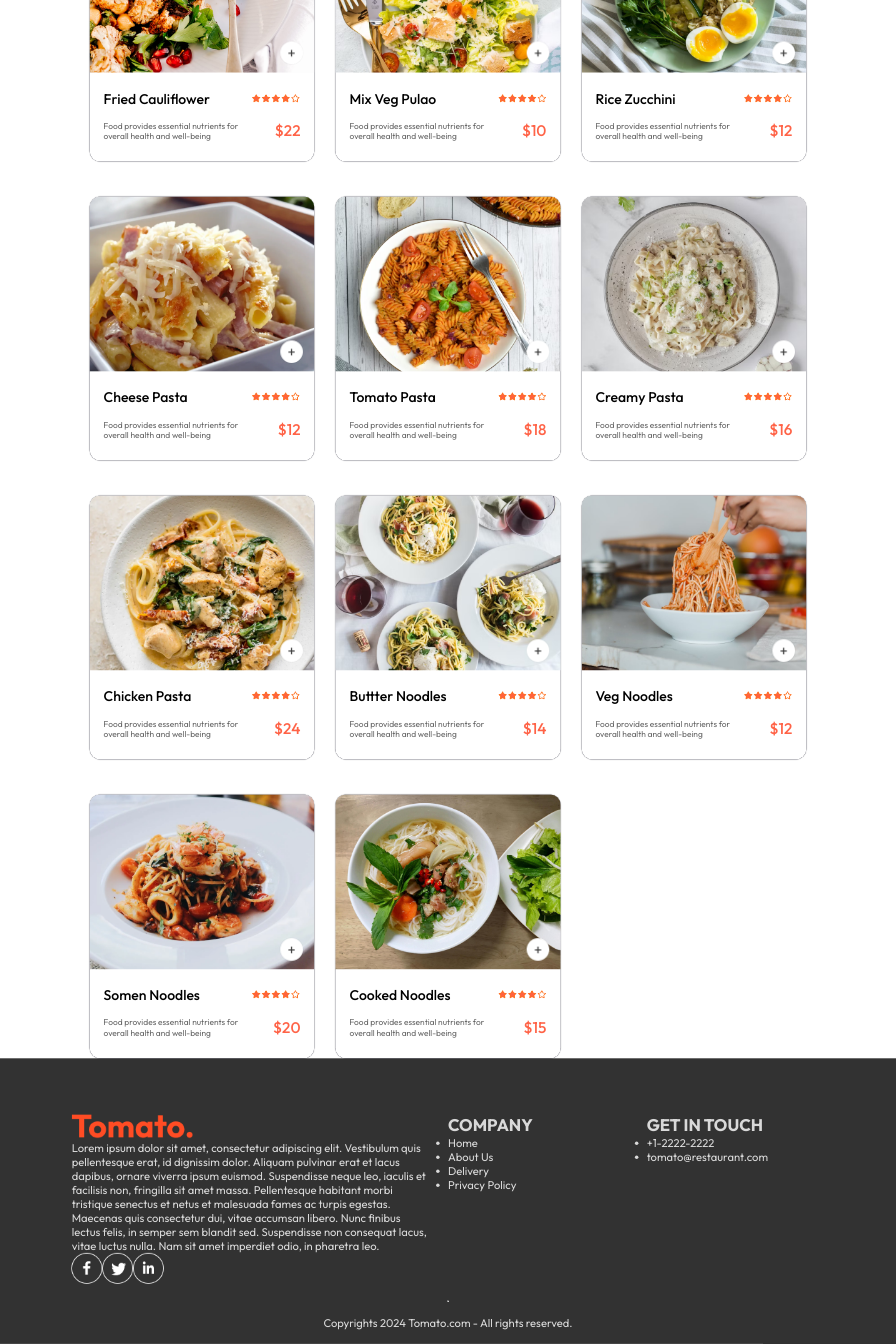
Repository: guilhermecardoso93/tomato-front-end
Page: /
The author's editor kept a copy of each file at every save. The page is drawn from the files as they stood at one save, then again after the next save.
The browser window is 1280 px wide. The pictures show the part of the page from y = 4127 to 6047 px (the page is 6047 px tall before and 5967 px after), at 70% of full size.
The project was rebuilt for these pictures with package versions that can differ from the ones it lists, and the page was loaded fresh each time. Also part of the build but not shown: vite.config.js, src/pages/Cart/styles.css, src/pages/Cart/index.jsx, src/pages/PlaceOrder/styles.css, src/pages/PlaceOrder/index.jsx.

Above is the page before, as saved 2024-10-31 18:54:47.

### index.html
<!doctype html>
<html lang="en">

<head>
    <meta charset="UTF-8" />
    <link rel="icon" type="image/svg+xml" href="" />
    <link rel="preconnect" href="https://fonts.googleapis.com">
    <link rel="preconnect" href="https://fonts.gstatic.com" crossorigin>
    <link href="https://fonts.googleapis.com/css2?family=Inter:ital,opsz,wght@0,14..32,100..900;1,14..32,100..900&family=Outfit:wght@100..900&display=swap" rel="stylesheet">
    <meta name="viewport" content="width=device-width, initial-scale=1.0" />
    <title>Tomato</title>
</head>

<body>
    <div id="root"></div>
    <script type="module" src="/src/main.jsx"></script>
</body>

</html>

### src/main.jsx
import { StrictMode } from "react";
import { createRoot } from "react-dom/client";
import "./index.css";
import { App } from "./App.jsx";
import { BrowserRouter } from "react-router-dom";
import StoreContextProvider from "./context/StoreContext.jsx";

createRoot(document.getElementById("root")).render(
  <BrowserRouter>
    <StoreContextProvider>
      <App />
    </StoreContextProvider>
  </BrowserRouter>
);

### src/index.css
* {
  padding: 0;
  margin: 0;
  box-sizing: border-box;
}

body {
  min-height: 100vh;
  font-family: "Outfit", sans-serif;
}

a {
  text-decoration: none;
  color: inherit;
}

.app {
  width: 80%;
  margin: auto;
}

@keyframes fadeIn {
  0% {
    opacity: 0;
  }

  100% {
    opacity: 1;
  }
}

### src/App.jsx
import { Routes, Route } from "react-router-dom";
import { Navbar } from "./components/Navbar";

import { Home } from "./pages/Home";
import { Cart } from "./pages/Cart";
import { PlaceOrder } from "./pages/PlaceOrder";
import { Footer } from "./components/Footer";

export function App() {
  return (
    <>
      <div className="app">
        <Navbar />
        <Routes>
          <Route path="/" element={<Home />} />
          <Route path="/cart" element={<Cart />} />
          <Route path="/order" element={<PlaceOrder />} />
        </Routes>
      </div>
      <Footer />
    </>
  );
}

### src/context/StoreContext.jsx
import { createContext, useEffect, useState } from "react";
import { food_list } from "../assets/assets";

export const StoreContext = createContext(null);

const StoreContextProvider = (props) => {
  const [cartItems, setCartItems] = useState({});

  const addCart = (itemId) => {
    if (!cartItems[itemId]) {
      setCartItems((prev) => ({ ...prev, [itemId]: 1 }));
    } else {
      setCartItems((prev) => ({ ...prev, [itemId]: prev[itemId] + 1 }));
    }
  };

  const removeFromCart = (itemId) => {
    setCartItems((prev) => ({ ...prev, [itemId]: prev[itemId] - 1 }));
  };

  const contextValue = {
    food_list,
    cartItems,
    setCartItems,
    addCart,
    removeFromCart,
  };

  useEffect(() => {
    console.log(cartItems);
  }, [cartItems]);

  return (
    <StoreContext.Provider value={contextValue}>
      {props.children}
    </StoreContext.Provider>
  );
};

export default StoreContextProvider;

### src/components/Navbar/index.jsx
import { useState } from "react";
import { assets } from "../../assets/assets";
import "./styles.css";

export const Navbar = () => {
  const [menu, setMenu] = useState("Home");

  return (
    <div className="navbar">
      <img src={assets.logo} alt="Logo" className="logo" />
      <ul className="navbar-menu">
        <li
          onClick={() => setMenu("Home")}
          className={menu === "Home" ? "active" : ""}
        >
          Home
        </li>
        <li
          onClick={() => setMenu("Menu")}
          className={menu === "Menu" ? "active" : ""}
        >
          Menu
        </li>
        <li
          onClick={() => setMenu("MobileApp")}
          className={menu === "MobileApp" ? "active" : ""}
        >
          MobileApp
        </li>
        <li
          onClick={() => setMenu("Contact Us")}
          className={menu === "Contact Us" ? "active" : ""}
        >
          Contact Us
        </li>
      </ul>
      <div className="navbar-right">
        <img src={assets.search_icon} alt="" />
        <div className="navbar-search-icon">
          <img src={assets.basket_icon} alt="" />
          <div className="dot"></div>
        </div>
        <button>sign in</button>
      </div>
    </div>
  );
};

### src/pages/Home/index.jsx
import { useState } from "react";
import { ExplorerMenu } from "../../components/ExplorerMenu";
import { Header } from "../../components/Header";
import "./styles.css";
import { FoodDisplay } from "../../components/FoodDisplay/Index";

export const Home = () => {
  const [category, setCategory] = useState("All");

  return (
    <div>
      <Header />
      <ExplorerMenu category={category} setCategory={setCategory} />
      <FoodDisplay category={category} />
    </div>
  );
};

### src/components/Footer/index.jsx
import { assets } from "../../assets/assets";
import "./styles.css";

export const Footer = () => {
  return (
    <footer id="footer">
      <div className="footer-container">
        <div className="footer-left">
          <img src={assets.logo} alt="" />
          <p>
            Lorem ipsum dolor sit amet, consectetur adipiscing elit. Vestibulum
            quis pellentesque erat, id dignissim dolor. Aliquam pulvinar erat et
            lacus dapibus, ornare viverra ipsum euismod. Suspendisse neque leo,
            iaculis et facilisis non, fringilla sit amet massa. Pellentesque
            habitant morbi tristique senectus et netus et malesuada fames ac
            turpis egestas. Maecenas quis consectetur dui, vitae accumsan
            libero. Nunc finibus lectus felis, in semper sem blandit sed.
            Suspendisse non consequat lacus, vitae luctus nulla. Nam sit amet
            imperdiet odio, in pharetra leo.
          </p>
          <div className="footer-social-icons">
            <img src={assets.facebook_icon} alt="" />
            <img src={assets.twitter_icon} alt="" />
            <img src={assets.linkedin_icon} alt="" />
          </div>
        </div>
        <div className="footer-center">
          <h2>COMPANY</h2>
          <ul>
            <li>Home</li>
            <li>About Us</li>
            <li>Delivery</li>
            <li>Privacy Policy</li>
          </ul>
        </div>
        <div className="footer-right">
          <h2>GET IN TOUCH</h2>
          <ul>
            <li>+1-2222-2222</li>
            <li>tomato@restaurant.com</li>
          </ul>
        </div>
      </div>
      <hr />
      <p className="footer-copy-rights">
        Copyrights 2024 Tomato.com - All rights reserved.
      </p>
    </footer>
  );
};

### src/components/Navbar/styles.css
.navbar {
  padding: 20px 0;
  display: flex;
  justify-content: space-between;
  align-items: center;
}

.navbar .logo {
  width: 150px;
}

.navbar-menu {
  display: flex;
  list-style: none;
  gap: 10px;
  color: #49557c;
  font-size: 18px;
}

.navbar li {
  cursor: pointer
}

.navbar-right {
  display: flex;
  align-items: center;
  gap: 40px;
}

.navbar button {
  background: transparent;
  font-size: 16px;
  color: #49557c;
  border: 1px solid tomato;
  padding: 10px 30px;
  border-radius: 50px;
  cursor: pointer;
  transition: 0.3s;
}

.navbar button:hover {
  background: #fff4f2;
}

.navbar .active {
  padding-bottom: 2px;
  border-bottom: 2px solid #49557c;
}

.navbar-search-icon {
  position: relative;
}

.navbar-search-icon .dot {
  position: absolute;
  min-height: 10px;
  min-width: 10px;
  background-color: tomato;
  border-radius:  5px;
  top: -8px;
  right: -8px;
}

### src/components/ExplorerMenu/index.jsx
import { menu_list } from "../../assets/assets";

import "./styles.css";

export const ExplorerMenu = ({ category, setCategory }) => {
  return (
    <div className="explorer-menu" id="explore-menu">
      <h1>Explore our menu</h1>
      <p className="explore-menu-text">
        Choose from a diverse menu featuring a delectable arrays os dishes
        crafted with the finest ingredients and culinary expertise. Our mission
        is to satisfy your cravings and elevate your dining experience, one
        delicious meal at a time.
      </p>
      <div className="explore-menu-list">
        {menu_list.map((item, index) => {
          return (
            <div
              className="explore-menu-list-item"
              key={index}
              onClick={() =>
                setCategory((prev) =>
                  prev === item.menu_name ? "All" : item.menu_name
                )
              }
            >
              <img
                src={item.menu_image}
                alt=""
                className={category === item.menu_name ? "active" : ""}
              />
              <p className={category === item.menu_name ? "active-text" : ""}>
                {item.menu_name}
              </p>
            </div>
          );
        })}
      </div>
      <hr />
    </div>
  );
};

### src/components/Header/index.jsx
import "./styles.css";

export const Header = () => {
  return (
    <div className="header">
      <div className="header-container">
        <h2>Oder your favorite food here</h2>
        <p>
          Choose from a diverse menu featuring a delectable arrays os dishes
          crafted with the finest ingredients and culinary expertise. Our
          mission is to satisfy your cravings and elevate your dining
          experience, one delicious meal at a time.
        </p>
        <button> View Menu</button>
      </div>
    </div>
  );
};

### src/components/FoodDisplay/Index.jsx
import { useContext } from "react";
import { StoreContext } from "../../context/StoreContext";
import { FoodItem } from "../FoodItem";

import "./styles.css";

export const FoodDisplay = ({ category }) => {
  const { food_list } = useContext(StoreContext);

  return (
    <div className="food-display" id="food-display">
      <h2>Top Dishes near you</h2>
      <div className="food-display-list">
        {food_list.map((item, index) => {
          if (category === "All" || category === item.category) {
            return (
              <FoodItem
                key={index}
                id={item._id}
                name={item.name}
                description={item.description}
                price={item.price}
                image={item.image}
              />
            );
          }
        })}
      </div>
    </div>
  );
};

### src/components/Footer/styles.css
footer {
  color: #d9d9d9;
  background-color: #323232;
  display: flex;
  align-items: center;
  flex-direction: column;
  gap: 20px;
  padding: 20px 8vw;
  padding-top: 80px;
}

.footer-container {
  width: 100%;
  display: grid;
  grid-template-columns: 2fr 1fr 1fr;
  gap: 30px;
}
.footer-left {

}

### src/components/ExplorerMenu/styles.css
.explorer-menu {
  display: flex;
  flex-direction: column;
  gap: 1rem;
}

.explorer-menu h1 {
  color: #262626;
  font-size: 500;
}

.explore-menu-text {
  max-width: 60%;
  color: #808080;
}

.explore-menu-list {
  display: flex;
  justify-content: space-between;
  align-items: center;
  gap: 30px;
  text-align: center;
  margin: 20px 0px;
  overflow-x: scroll;
}

.explore-menu-list::-webkit-scrollbar {
  display: none;
}

.explore-menu-list img {
  width: 7.5vw;
  min-width: 80px;
  cursor: pointer;
  border-radius: 50%;
  transition: 0.2s;
}

.explore-menu-list p {
  margin-top: 10px;
  color: #747474;
  font-size: max(1.4vw, 16px);
  cursor: pointer;
}

.explore-menu hr {
  margin: 10px 0px;
  height: 2px;
  background: #e2e2e2;
  border: none;
}

.explore-menu-list .active {
  border: 4px solid tomato;
  padding: 2px;
}

.explore-menu-list .active-text {
  color: tomato;
}

### src/components/Header/styles.css
.header {
  height: 34vw;
  margin: 30px auto;
  background: url('../../assets/header_img.png') no-repeat;
  background-size: contain;
  position: relative;
}



.header-container {
  position: absolute;
  display: flex;
  flex-direction: column;
  align-items: start;
  padding: 20px;
  gap: 1.5vw;
  max-width: 52%;
  bottom: 10%;
  animation: fadeIn 3s;
}


.header-container h2 {
  font-weight: 500;
  color: #f2f2f2f2;
  font-size: max(4.5vw, 22px);
}


.header-container p {
  color: #f2f2f2f2;
  font-size: 1vw;
}


.header-container button {
  border: none;
  color: #747474;
  font-weight: 700;
  padding: 1vw 2.3vw;
  background: white;
  font-size: max(1vw, 13px);
  border-radius: 50px;
}

### src/components/FoodItem/index.jsx
import { useContext } from "react";
import { assets } from "../../assets/assets";
import "./styles.css";
import { StoreContext } from "../../context/StoreContext";

export const FoodItem = ({ id, name, price, description, image }) => {
  const { removeFromCart, addCart, cartItems } = useContext(StoreContext);

  return (
    <div className="food-item" id={id}>
      <div className="food-item-image-container">
        <img src={image} alt={name} className="food-item-image" />
        {!cartItems[id] ? (
          <img
            src={assets.add_icon_white}
            alt="Adicionar ao carrinho"
            className="add"
            onClick={() => addCart(id)}
          />
        ) : (
          <div className="food-item-counter">
            <img
              src={assets.remove_icon_red}
              alt="Remover do carrinho"
              onClick={() => removeFromCart(id)}
            />
            <p>{cartItems[id]}</p>
            <img
              src={assets.add_icon_green}
              alt="Adicionar ao carrinho"
              onClick={() => addCart(id)}
            />
          </div>
        )}
      </div>
      <div className="food-item-info">
        <div className="food-item-name-rating">
          <p>{name}</p>
          <img src={assets.rating_starts} alt="Rating" />
        </div>
        <div className="food-item-prices">
          <p className="food-item-description">{description}</p>
          <p className="food-item-price">${price}</p>
        </div>
      </div>
    </div>
  );
};

### src/components/FoodDisplay/styles.css
.food-display {
  margin-top: 30px;
}

.food-display h2 {
  font-size: max(2vw, 24px);
  font-weight: 600;
}


.food-display-list {
  display: grid;
  grid-template-columns: repeat(auto-fill, minmax(240px, 1fr));
  margin-top: 30px;
  gap: 30px;
  row-gap: 50px;
}

### src/components/FoodItem/styles.css
.food-item {
  width: 100%;
  margin: auto;
  border-radius: 15px;
  box-shadow: 0px 0px 1px #000015;
  transition: 0.3s;
  animation: fadeIn 1s;
}

.food-item-image {
  width: 100%;
  border-radius: 15px 15px 0px 0px;
}

.food-item-image-container {
  position: relative;
}

.food-item-image-container .add {
  position: absolute;
  width: 35px;
  bottom: 15px;
  right: 15px;
  cursor: pointer;
  border-radius: 50%;
}

.food-item-counter {
  position: absolute;
  bottom: 15px;
  right: 15px;
  display: flex;
  align-items: center;
  gap: 10px;
  border-radius: 50px;
  background-color: #f2f2f2;
  padding: 3px;
  font-weight: 700;
}

.food-item-counter img {
  width: 30px;
}

.food-item-info {
  padding: 20px;
}

.food-item-name-rating {
  display: flex;
  justify-content: space-between;
  align-items: center;
  margin-bottom: 10px;
}

.food-item-name-rating p {
  font-size: 20px;
  font-weight: 500;
}

.food-item-name-rating img {
  width: 70px;
}

.food-item-prices {
  display: flex;
  justify-content: space-between;
  align-items: center;
  gap: 10px;
}

.food-item-description {
  color: #676767;
  font-size: 12px;
  width: 75%;
}

.food-item-price {
  color: tomato;
  font-size: 22px;
  font-weight: 500;
  margin: 10px 0;
}

Loaded but not shown: src/assets/assets.js (350 lines, source omitted); src/pages/Home/styles.css (no stored copy; drawn as an empty file)

After the next save:
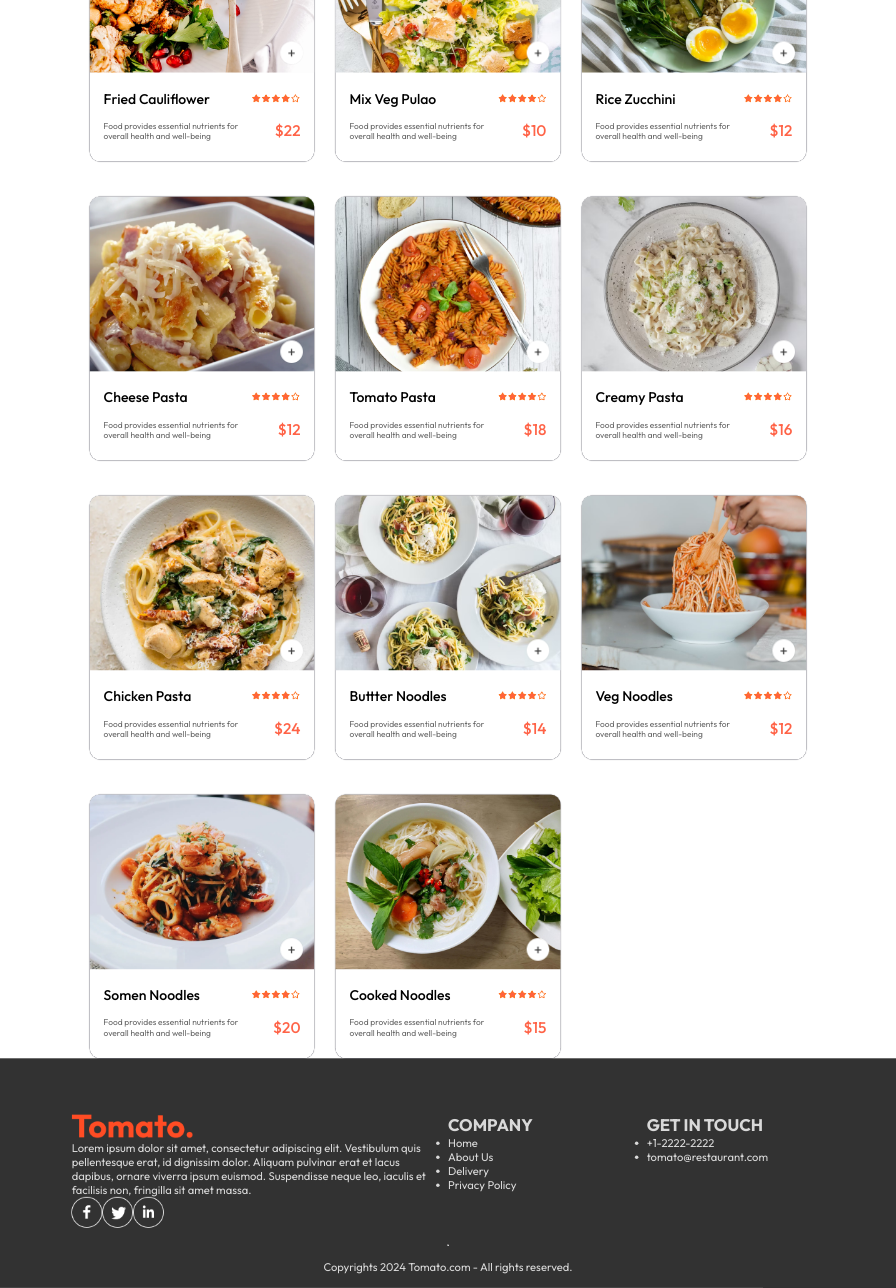
Saved 10 s later.
--- a/src/components/Footer/index.jsx
+++ b/src/components/Footer/index.jsx
@@ -11,12 +11,7 @@ export const Footer = () => {
             Lorem ipsum dolor sit amet, consectetur adipiscing elit. Vestibulum
             quis pellentesque erat, id dignissim dolor. Aliquam pulvinar erat et
             lacus dapibus, ornare viverra ipsum euismod. Suspendisse neque leo,
-            iaculis et facilisis non, fringilla sit amet massa. Pellentesque
-            habitant morbi tristique senectus et netus et malesuada fames ac
-            turpis egestas. Maecenas quis consectetur dui, vitae accumsan
-            libero. Nunc finibus lectus felis, in semper sem blandit sed.
-            Suspendisse non consequat lacus, vitae luctus nulla. Nam sit amet
-            imperdiet odio, in pharetra leo.
+            iaculis et facilisis non, fringilla sit amet massa.
           </p>
           <div className="footer-social-icons">
             <img src={assets.facebook_icon} alt="" />
